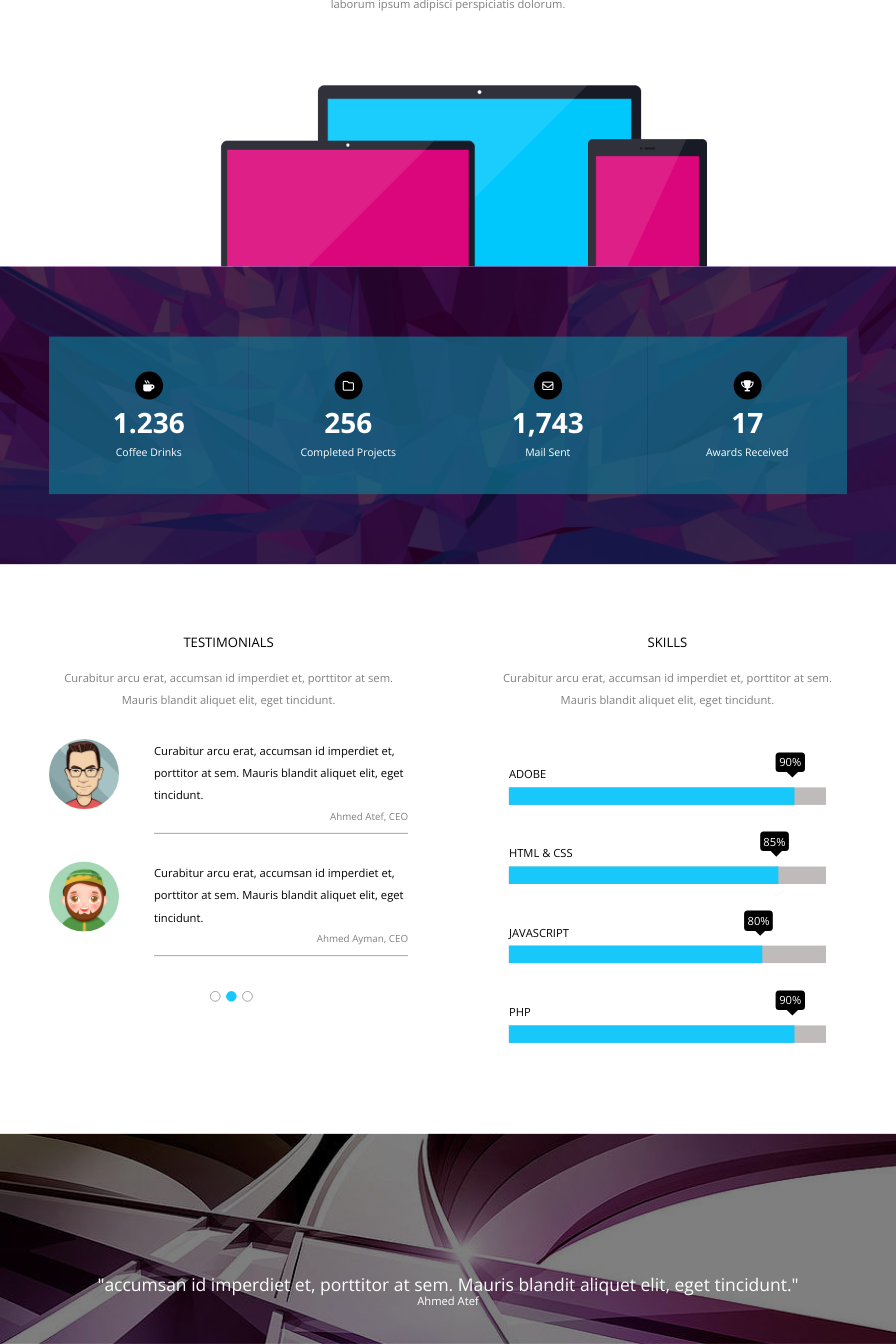
Repository: Ahmed123rezk123/Template_2
Page: index.html
An editor plug-in stored every save of this project. The page is shown before and after a run of saves, followed by the edit.
The browser window is 1280 px wide. The pictures show the part of the page from y = 4247 to 6167 px (the page is 6167 px tall), at 70% of full size.
A picture or video elsewhere on the page could not be fetched, so the positions and the page height are approximate. Some web fonts or font styles are not loaded; a fallback is used.

Above is the page before, as saved 2024-04-15 19:28:58.

After the next 3 saves:
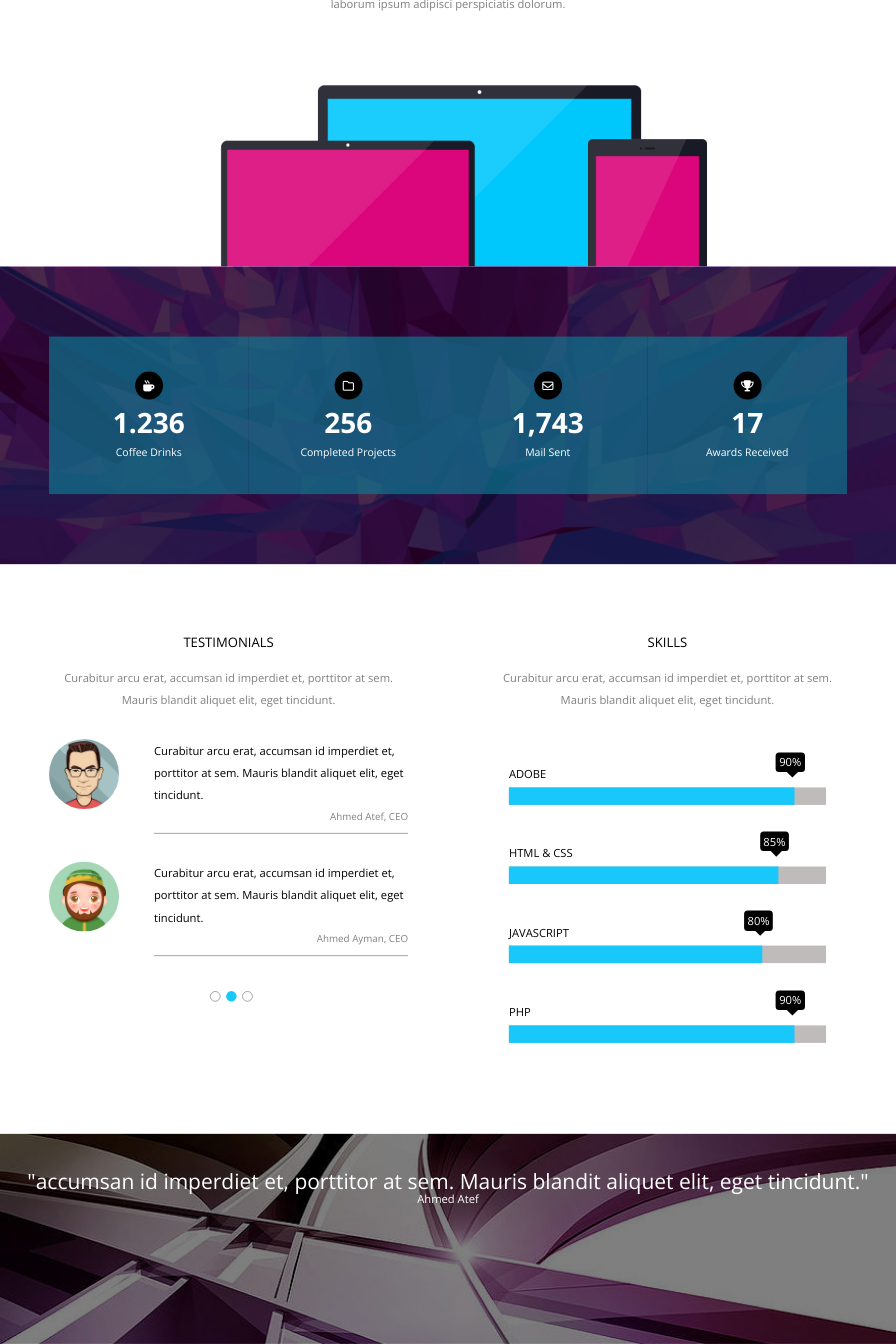
The 3 saves are shown as one change because they came seconds apart.
The last was saved 17 s later.
--- a/css/kasper.css
+++ b/css/kasper.css
@@ -808,9 +808,9 @@ height: 300px;
 .quote .container .content {
 text-align: center;
 color: white;
-margin: 200px auto;
+margin: 50px auto;
 }
 .quote .container .content p {
-    font-size: 25px;
+    font-size: 30px;
 }
 /* End Quote */
